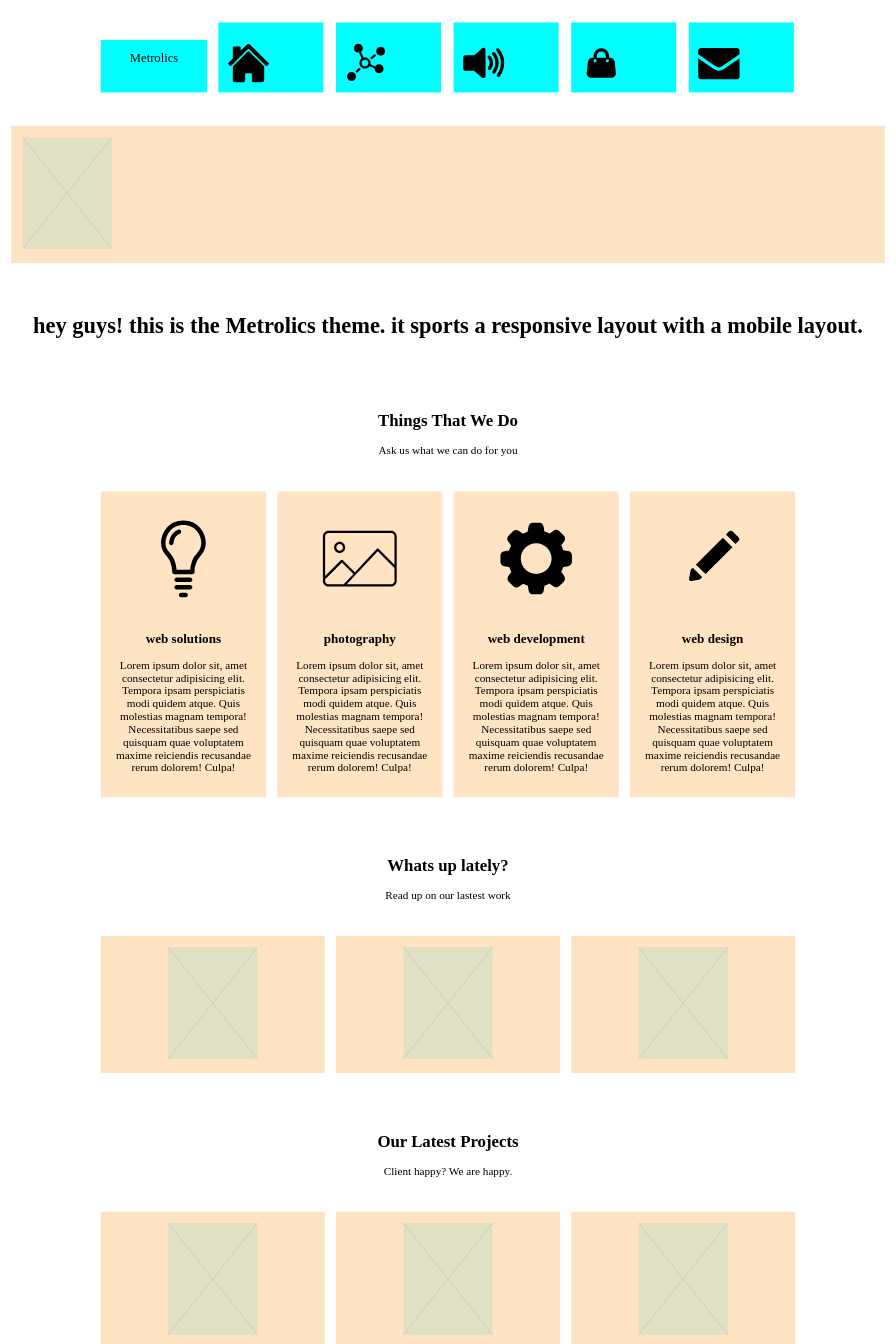
Repository: jjennbui/MDIA2003G-Assignment03B
Page: index.html
An editor plug-in stored every save of this project. The page is shown before and after the next save, followed by the edit.
The browser window is 1280 px wide. The pictures show the part of the page from y = 0 to 1920 px (the page is 2623 px tall), at 70% of full size.

Above is the page before, as saved 2023-01-30 23:17:24.

After the next save:
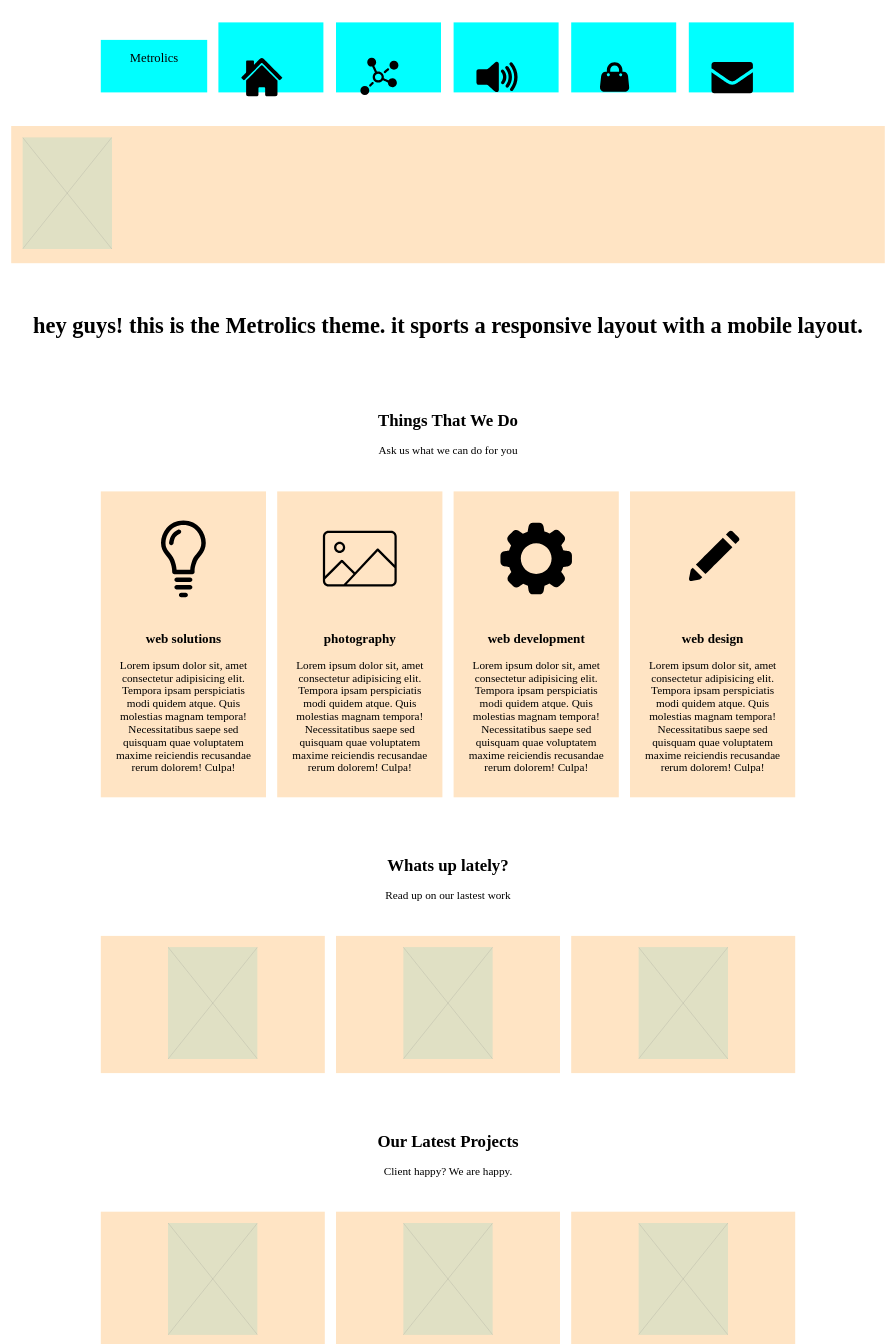
Saved 9 s later.
--- a/css/main.css
+++ b/css/main.css
@@ -31,7 +31,7 @@ header {
   max-width: 150px;
   height: 100px;
   background-color: aqua;
- padding: 10px;
+ padding: 30px;
 
 
 }
